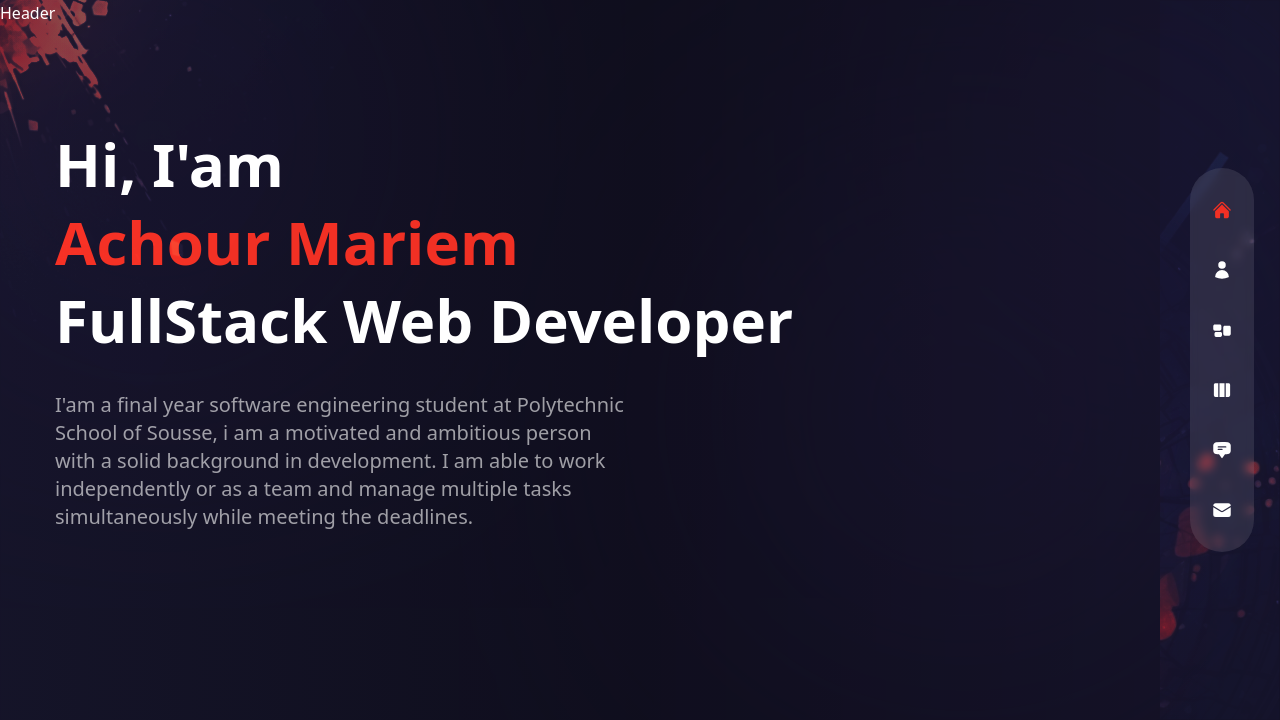
Repository: AchourMaryem/My-personal-portfolio
Page: /
These files come from the project's save history. The page is drawn as it stood at one moment and after a run of saves; the edit follows.
The browser window is 1280 px wide. The pictures show the whole page.
The project was rebuilt for these pictures with package versions that can differ from the ones it lists, and the page was loaded fresh each time. The framework's server and built-in components were replaced by stand-ins that run in the browser. Also part of the build but not shown: next.config.js, components/ParticlesContainer.js, components/ProjectsBtn.js, components/Avatar.js.

Above is the page before, as saved 2023-09-21 16:22:59.

### pages/_app.js
import '../styles/globals.css';
import Layout from '../components/Layout';
import Transition from '../components/Transition';
import { useRouter } from 'next/router';
import { AnimatePresence, motion } from 'framer-motion';

function MyApp({ Component, pageProps }) {
  const router = useRouter();
  return(
  <Layout>
    <AnimatePresence mode='wait'>
      <motion.div key={router.route} className='h-full'>
        <Transition />
        <Component {...pageProps} />
      </motion.div>
  </AnimatePresence>
  </Layout>
  );
}

export default MyApp;

### pages/index.js
import Image from "next/image";
import ParticlesContainer from '../components/ParticlesContainer';
import ProjectsBtn from '../components/ProjectsBtn';
import Avatar from '../components/Avatar';
import { motion } from 'framer-motion';
import { fadeIn } from '../variants';

const Home = () => {
  return (

    <div className='bg-primary/60 h-full'>
      {/* text */}
      <div className="w-full h-full bg-gradient-to-r from-primary/10 via-black/30 to-black/10 " >
        <div className="text-center flex flex-col justify-center xl:pt-50 xl:text-left h-full container mx-auto">
          {/* titre */}
          <motion.h1 className="h1">
            Hi, I'am {''}
            <br></br> <span className="text-accent">Achour Mariem</span>
            <br></br>
            FullStack Web Developer
          </motion.h1>
          <motion.p
          variants={fadeIn('down')}
          className='max-w-sm xl:max-w-xl mx-auto xl:mx-0 mb-10 xl:mb-16 text-xl' >
            I'am a final year software engineering student at Polytechnic School of Sousse, i am a motivated and ambitious person with a solid background in development. I am able to work independently or as a team and manage multiple tasks simultaneously while meeting the deadlines.
          </motion.p>
        </div>
      </div>
      {/* image */}
      <div className="w-[120px] h-full absolute right-0 bottom-0">
        <div className="bg-none xl:bg-explosion xl:bg-cover xl:bg-right xl:bg-no-repeat w-full h-full absolute mix-blend-color-dodge translate-z-0"></div>
      </div>
    </div>
  );
};

export default Home;

### styles/globals.css
@tailwind base;
@tailwind components;
@tailwind utilities;

.translate-z-0 {
  transform: translateZ(0px);
}
.swiper-horizontal > .swiper-pagination-bullets .swiper-pagination-bullet,
.swiper-pagination-horizontal.swiper-pagination-bullets
  .swiper-pagination-bullet {
  background-color: #f13024;
}

.swiper-button-next:after,
.swiper-button-prev:after,
.swiper-button-next:after,
.swiper-rtl .swiper-button-prev:after {
  color: #f13024;
}

@layer base {
  body {
    @apply bg-secondary overflow-hidden leading-relaxed;
  }
  .page {
    @apply w-full h-screen overflow-hidden;
  }
  .h1 {
    @apply text-[35px] leading-tight md:text-[60px] md:leading-[1.3] mb-8 font-semibold;
  }
  .h2 {
    @apply text-[35px] leading-tight md:text-[54px] md:leading-[1.3] mb-4 font-semibold;
  }
  p {
    @apply leading-[1.8] text-white/60 font-light;
  }
  .btn,
  .input {
    @apply h-[52px];
  }
  .input {
    @apply w-full h-[52px] rounded-lg pl-6 capitalize;
  }
  .input,
  .textarea {
    @apply bg-transparent outline-none focus:ring-1 focus:ring-accent border border-white/20 placeholder:text-white/30 placeholder:font-light;
  }
  .textarea {
    @apply w-full h-[180px] p-6 capitalize rounded-lg resize-none;
  }
  .scrollable-content {
    /* Modifier la couleur de la barre de défilement en gris */
    scrollbar-width: thin;
    scrollbar-color: gray gray; /* Couleur de la barre de défilement et du track (fond) */
  }

  .scrollable-content::-webkit-scrollbar {
    width: 6px; /* Largeur de la barre de défilement */
  }

  .scrollable-content::-webkit-scrollbar-thumb {
    background-color: gray; /* Couleur de la barre de défilement */
  }

}

### components/Layout.js
import {Sora} from '@next/font/google'


const sora = Sora({
  subsets:['latin'],
  variable:'--font-sora',
  weight:['100','200','300','400','500','600','700','800'],
});
import Nav from '../components/Nav'
import Header from '../components/Header'
import TopLeftImg from '../components/TopLeftImg'

const Layout = ({children}) => {
  return <div className={'page bg-site text-white bg-cover bg-no-repeat ${sora.variable} font-sora relative '}>
   <TopLeftImg />
    <Nav />
    <Header />
    {children}
  </div>;
};

export default Layout;

### components/Transition.js
import {motion} from 'framer-motion';

const transitionVariants = {
  initial: {
    x: '100%',
    width: '100%',
  },
  animate: {
    x: '0%',
    width: '0%',
  },
  exit: {
    x: ['0%', '100%'],
    width: ['0%', '100%'],
  },
};

const Transition = () => {
  return (
    <>
      <motion.div
        className='fixed top-0 bottom-0 right-full w-screen h-screen z-30 bg-[#2e2257]'
        variants={transitionVariants}
        initial='initial'
        animate='animate'
        exit='exit'
        transition={{ delay: 0.2, duration: 0.6, ease: 'easeInOut' }}
      >
      </motion.div>
      <motion.div
        className='fixed top-0 bottom-0 right-full w-screen h-screen z-20 bg-[#3b2d71]'
        variants={transitionVariants}
        initial='initial'
        animate='animate'
        exit='exit'
        transition={{ delay: 0.4, duration: 0.6, ease: 'easeInOut' }}
      >
      </motion.div>
      <motion.div
        className='fixed top-0 bottom-0 right-full w-screen h-screen z-10 bg-[#4b3792]'
        variants={transitionVariants}
        initial='initial'
        animate='animate'
        exit='exit'
        transition={{ delay: 0.6, duration: 0.6, ease: 'easeInOut' }}
      >
      </motion.div>
    </>
  );
};

export default Transition;

### components/Nav.js
// icons
import {
  HiHome,
  HiUser,
  HiViewColumns,
  HiRectangleGroup,
  HiChatBubbleBottomCenterText,
  HiEnvelope,
} from 'react-icons/hi2';

// nav data
export const navData = [
  { name: 'home', path: '/', icon: <HiHome /> },
  { name: 'about', path: '/about', icon: <HiUser /> },
  { name: 'services', path: '/services', icon: <HiRectangleGroup /> },
  { name: 'work', path: '/work', icon: <HiViewColumns /> },
  {
    name: 'testimonials',
    path: '/testimonials',
    icon: <HiChatBubbleBottomCenterText />,
  },
  {
    name: 'contact',
    path: '/contact',
    icon: <HiEnvelope />,
  },
];
import Link from 'next/link';
import { useRouter } from 'next/router';
const Nav = () => {
  const router = useRouter();
  const pathname = router.pathname;
  return (
    <nav className='flex flex-col items-center xl:justify-center gap-y-4 fixed h-max bottom-0 mt-auto xl:right-[2%] z-50 top-0 w-full xl:w-16 xl:max-w-md xl:h-screen' >
      {/*inner*/}
      <div className='flex w-full xl:flex-col items-center justify-between xl:justify-center gap-y-10 px-4 md:px-40 xl:px-0 h-[80px] xl:h-max py-8 bg-white/10 backdrop-blur-sm text-3xl xl:text-xl xl:rounded-full '>
        {navData.map((link, index) => {
         return(
          <Link
          className={`${link.path === pathname && 'text-accent'} relative flex items-center group hover:text-accent transition-all duration-300`}
          href={link.path}
          key={index}
          >

          {/* tooltip */}
          <div className='absolute pr-14 right-0 hidden xl:group-hover:flex'>
          <div className='bg-white relative flex text-primary itemscenter p-[6px] rounded-[3px]'>
          <div className='text-[12px] leading-none font-semibold capitalize'>
            {link.name}
            </div>
         {/* triangle */}
         <div className='border-solid border-l-white border-l-8 border-y-transparent border-y-[6px] border-r-0 absolute -right-2'></div>

          </div>
          </div>
         <div> {link.icon}</div>

        </Link>
        );
})}
      </div>
    </nav>
  );
};

export default Nav;

### components/Header.js
const Header = () => {
  return <header className="absolute z-40 w-full">Header</header>;
};

export default Header;

### components/TopLeftImg.js
import Image from "next/image";
const TopLeftImg = () => {
  return <div className="absolute left-0 top-0 mix-blend-color-dodge z-10 w-[200px] xl:w-[400px] opacity-50">
    <Image src='/top-left-img.png' width={400} height={400}  alt=""/>
  </div>;
};

export default TopLeftImg;

Loaded but not shown: variants.js (common file); tailwind.config.js (common file)

After the next 6 saves:
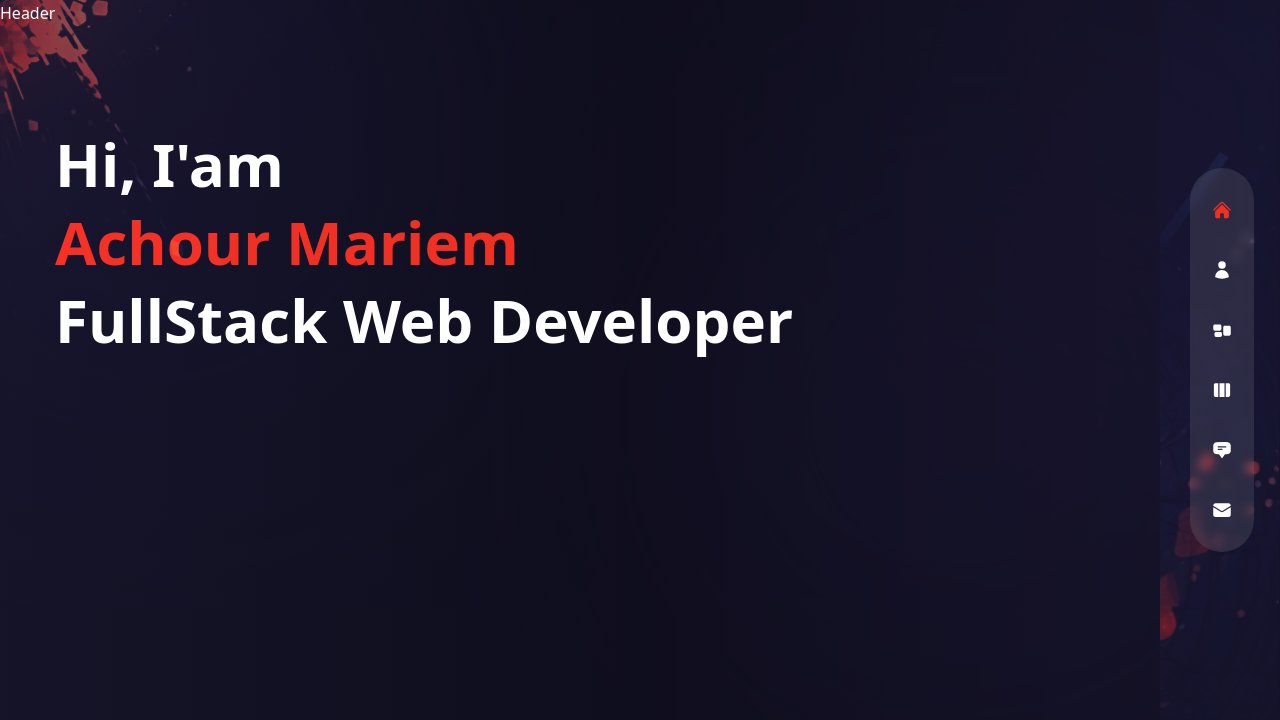
The 6 saves are shown as one change because 1 did not build or start and some came seconds apart.
The last was saved 19 s later.
--- a/pages/index.js
+++ b/pages/index.js
@@ -20,7 +20,8 @@
             FullStack Web Developer
           </motion.h1>
           <motion.p
-          variants={fadeIn('down')}
+          variants={fadeIn('down',0.4)}
+          initial='hidden'
           className='max-w-sm xl:max-w-xl mx-auto xl:mx-0 mb-10 xl:mb-16 text-xl' >
             I'am a final year software engineering student at Polytechnic School of Sousse, i am a motivated and ambitious person with a solid background in development. I am able to work independently or as a team and manage multiple tasks simultaneously while meeting the deadlines.
           </motion.p>

After the 2 saves that followed:
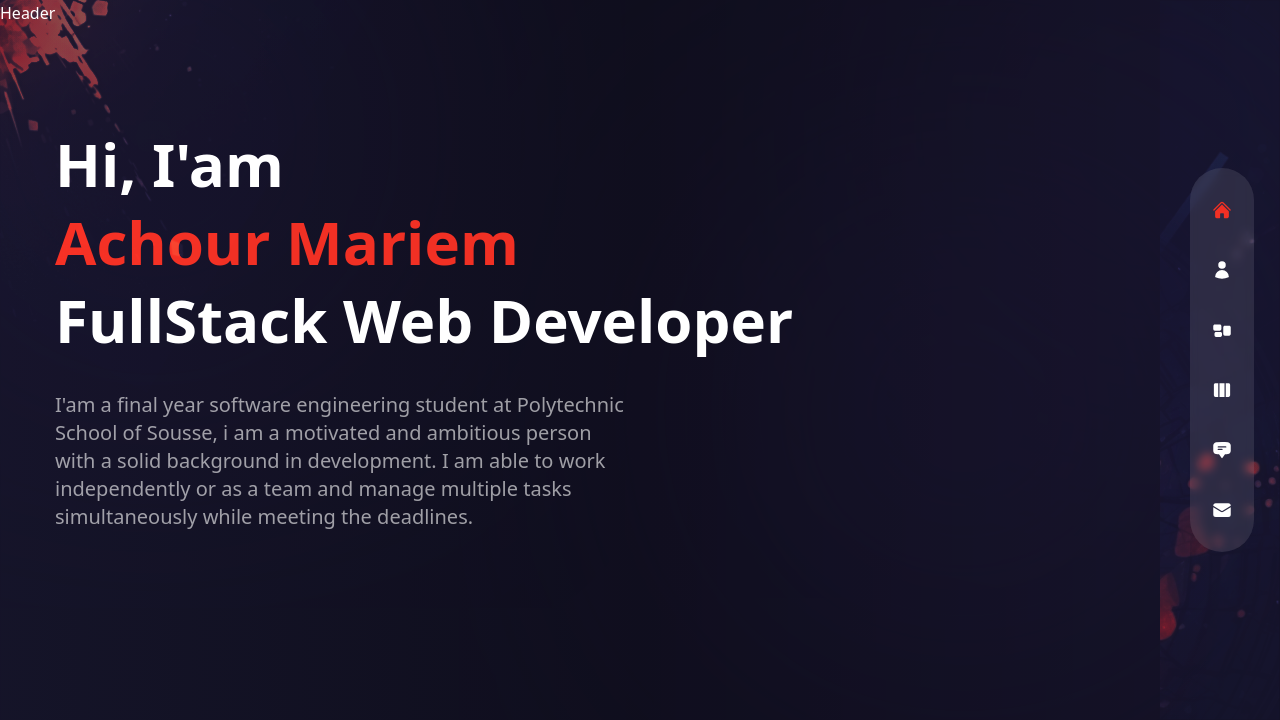
The 2 saves are shown as one change because they came seconds apart.
The last was saved 12 s later.
--- a/pages/index.js
+++ b/pages/index.js
@@ -22,6 +22,7 @@
           <motion.p
           variants={fadeIn('down',0.4)}
           initial='hidden'
+          animate='show'
           className='max-w-sm xl:max-w-xl mx-auto xl:mx-0 mb-10 xl:mb-16 text-xl' >
             I'am a final year software engineering student at Polytechnic School of Sousse, i am a motivated and ambitious person with a solid background in development. I am able to work independently or as a team and manage multiple tasks simultaneously while meeting the deadlines.
           </motion.p>
